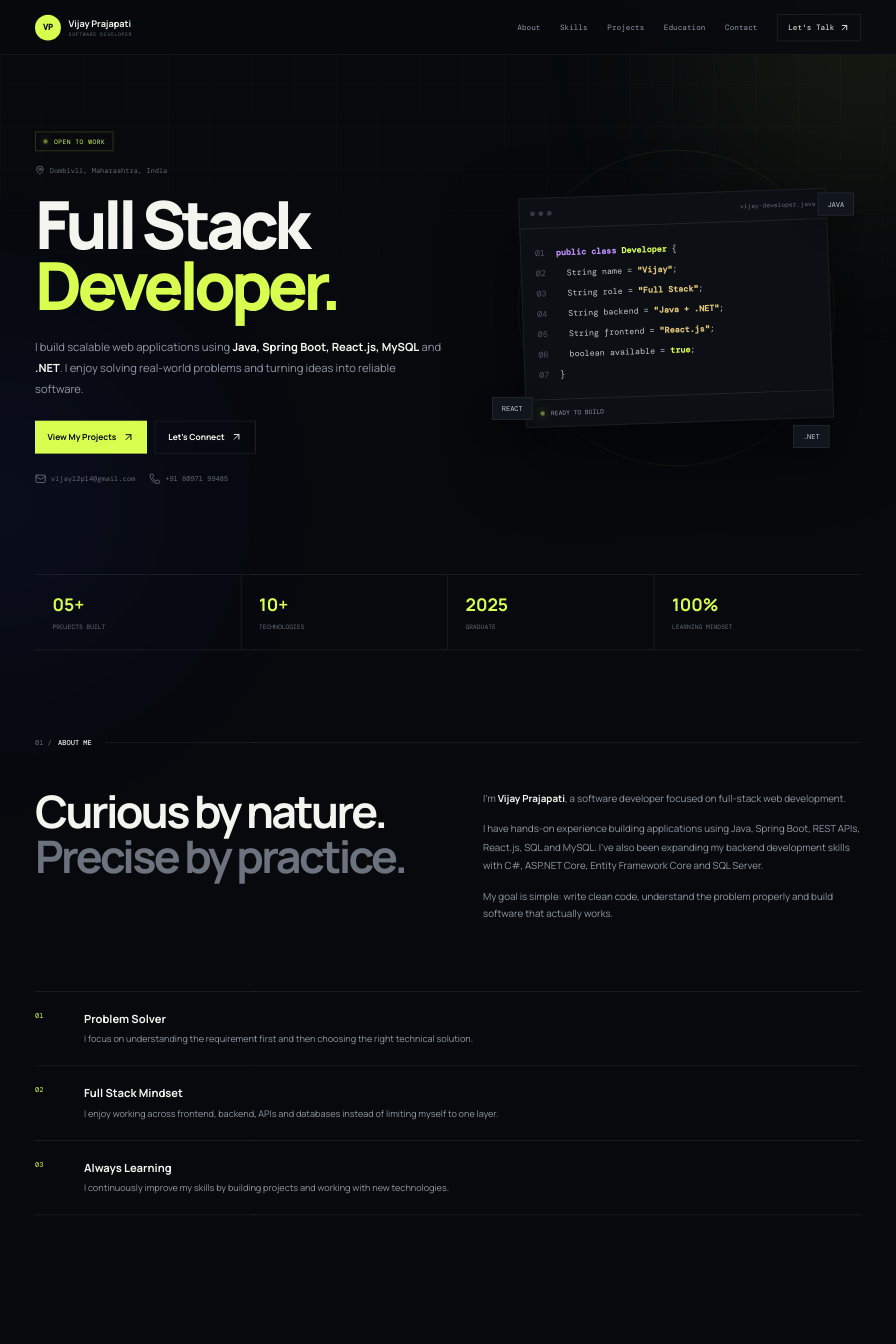
Repository: vijaymp1214/vijay-portfolio
Page: /
The author's editor kept a copy of each file at every save. The page is drawn from the files as they stood at one save, then again after the next save.
The browser window is 1280 px wide. The pictures show the part of the page from y = 0 to 1920 px (the page is 6544 px tall before and 6625 px after), at 70% of full size.
The project was rebuilt for these pictures with package versions that can differ from the ones it lists, and the page was loaded fresh each time.

Above is the page before, as saved 2026-08-12 01:22:58.

### index.html
<!doctype html>
<html lang="en">
  <head>
    <meta charset="UTF-8" />
    <meta name="viewport" content="width=device-width, initial-scale=1.0" />
    <meta name="description" content="Vijay Prajapati — Full Stack Developer portfolio." />
    <meta name="theme-color" content="#080a0f" />
    <title>Vijay Prajapati — Software Developer</title>
  </head>
  <body>
    <div id="root"></div>
    <script type="module" src="/src/main.jsx"></script>
  </body>
</html>

### src/main.jsx
import React from "react";
import ReactDOM from "react-dom/client";
import App from "./App.jsx";
import "./App.css";

ReactDOM.createRoot(document.getElementById("root")).render(
  <React.StrictMode>
    <App />
  </React.StrictMode>
);

### src/App.css
@import url("https://fonts.googleapis.com/css2?family=DM+Mono:wght@400;500&family=Manrope:wght@400;500;600;700;800&display=swap");

:root {
  --bg: #07090d;
  --bg2: #0d1016;
  --card: #10141b;
  --text: #f4f5ef;
  --muted: #9298a4;
  --muted2: #646b76;
  --line: rgba(255, 255, 255, 0.1);
  --green: #d8ff4f;
  --green-dark: #9fbd39;
  --max: 1180px;
}

* {
  margin: 0;
  padding: 0;
  box-sizing: border-box;
}

html {
  scroll-behavior: smooth;
}

body {
  background: var(--bg);
  color: var(--text);
  font-family: "Manrope", sans-serif;
  overflow-x: hidden;
}

a {
  color: inherit;
  text-decoration: none;
}

button,
input,
textarea {
  font-family: inherit;
}

.section-container {
  width: min(1180px, calc(100% - 40px));
  margin: auto;
}

/* BACKGROUND */

.background-grid {
  position: fixed;
  inset: 0;
  z-index: -5;
  pointer-events: none;
  background-image:
    linear-gradient(rgba(255,255,255,0.025) 1px, transparent 1px),
    linear-gradient(90deg, rgba(255,255,255,0.025) 1px, transparent 1px);
  background-size: 60px 60px;
  mask-image: linear-gradient(to bottom, black, transparent 90%);
}

.glow {
  position: fixed;
  width: 500px;
  height: 500px;
  border-radius: 50%;
  pointer-events: none;
  filter: blur(140px);
  opacity: 0.07;
  z-index: -4;
}

.glow-one {
  background: var(--green);
  top: -200px;
  right: -200px;
}

.glow-two {
  background: #425cff;
  bottom: -250px;
  left: -250px;
}

/* NAVBAR */

.navbar {
  position: fixed;
  top: 0;
  width: 100%;
  z-index: 100;
  border-bottom: 1px solid var(--line);
  background: rgba(7, 9, 13, 0.78);
  backdrop-filter: blur(18px);
}

.nav-container {
  width: min(1180px, calc(100% - 40px));
  height: 78px;
  margin: auto;
  display: flex;
  align-items: center;
  justify-content: space-between;
}

.logo {
  display: flex;
  align-items: center;
  gap: 11px;
}

.logo > span {
  width: 37px;
  height: 37px;
  display: grid;
  place-items: center;
  border-radius: 50%;
  background: var(--green);
  color: #080a0d;
  font-family: "DM Mono";
  font-weight: 600;
  font-size: 12px;
}

.logo strong {
  display: block;
  font-size: 13px;
}

.logo small {
  display: block;
  margin-top: 2px;
  color: var(--muted2);
  font-family: "DM Mono";
  font-size: 7px;
  letter-spacing: 0.12em;
}

.nav-links {
  display: flex;
  align-items: center;
  gap: 28px;
  font-family: "DM Mono";
  font-size: 11px;
  color: var(--muted);
}

.nav-links a {
  transition: 0.25s;
}

.nav-links a:hover {
  color: var(--green);
}

.nav-button {
  padding: 11px 15px;
  border: 1px solid var(--line);
  display: flex;
  gap: 7px;
  align-items: center;
  color: var(--text) !important;
}

.nav-button:hover {
  border-color: var(--green);
}

.mobile-menu {
  display: none;
  background: transparent;
  border: 0;
  color: white;
}

/* HERO */

.hero {
  min-height: 820px;
  padding-top: 150px;
  padding-bottom: 90px;
  display: grid;
  grid-template-columns: 1.05fr 0.95fr;
  align-items: center;
  gap: 70px;
}

.availability {
  display: inline-flex;
  align-items: center;
  gap: 9px;
  padding: 7px 11px;
  border: 1px solid rgba(216, 255, 79, 0.25);
  color: var(--green);
  font-family: "DM Mono";
  font-size: 9px;
  letter-spacing: 0.08em;
}

.availability span,
.ready span {
  width: 6px;
  height: 6px;
  border-radius: 50%;
  background: var(--green);
  box-shadow: 0 0 12px var(--green);
  animation: blink 1.7s infinite;
}

@keyframes blink {
  50% {
    opacity: 0.3;
  }
}

.hero-location {
  margin-top: 20px;
  color: var(--muted2);
  display: flex;
  align-items: center;
  gap: 7px;
  font-family: "DM Mono";
  font-size: 10px;
}

.hero h1 {
  margin-top: 25px;
  font-size: clamp(60px, 7.4vw, 100px);
  line-height: 0.92;
  letter-spacing: -0.07em;
  font-weight: 800;
}

.hero h1 span {
  color: var(--green);
}

.hero-description {
  max-width: 650px;
  margin-top: 32px;
  color: var(--muted);
  line-height: 1.85;
  font-size: 16px;
}

.hero-description strong {
  color: var(--text);
}

.hero-buttons {
  display: flex;
  gap: 11px;
  margin-top: 30px;
  flex-wrap: wrap;
}

.primary-button,
.secondary-button {
  padding: 14px 18px;
  display: inline-flex;
  align-items: center;
  gap: 9px;
  font-size: 12px;
  font-weight: 700;
  transition: 0.25s;
}

.primary-button {
  color: #080a0d;
  background: var(--green);
}

.primary-button:hover {
  transform: translateY(-3px);
  box-shadow: 0 10px 35px rgba(216, 255, 79, 0.15);
}

.secondary-button {
  border: 1px solid var(--line);
}

.secondary-button:hover {
  border-color: white;
  transform: translateY(-3px);
}

.hero-contact {
  margin-top: 28px;
  display: flex;
  flex-wrap: wrap;
  gap: 20px;
}

.hero-contact a {
  display: flex;
  gap: 7px;
  align-items: center;
  color: var(--muted2);
  font-family: "DM Mono";
  font-size: 10px;
}

.hero-contact a:hover {
  color: var(--green);
}

/* CODE CARD */

.hero-right {
  position: relative;
  min-height: 470px;
  display: grid;
  place-items: center;
}

.hero-right::before,
.hero-right::after {
  content: "";
  position: absolute;
  border: 1px solid rgba(216, 255, 79, 0.1);
  border-radius: 50%;
}

.hero-right::before {
  width: 450px;
  height: 450px;
}

.hero-right::after {
  width: 320px;
  height: 320px;
}

.developer-card {
  width: min(100%, 440px);
  position: relative;
  z-index: 3;
  background: #0c0f14;
  border: 1px solid var(--line);
  box-shadow: 0 40px 100px rgba(0, 0, 0, 0.55);
  transform: rotate(-2deg);
}

.card-top {
  height: 43px;
  padding: 0 15px;
  display: flex;
  align-items: center;
  gap: 10px;
  border-bottom: 1px solid var(--line);
  font-family: "DM Mono";
  font-size: 9px;
  color: var(--muted2);
}

.dots {
  display: flex;
  gap: 5px;
}

.dots i {
  width: 7px;
  height: 7px;
  border-radius: 50%;
  background: #343944;
}

.card-top span {
  margin-left: auto;
}

.code-content {
  padding: 27px 20px;
  display: flex;
  flex-direction: column;
  gap: 13px;
  font: 12px "DM Mono";
  color: #c6cad2;
}

.code-content > div {
  display: grid;
  grid-template-columns: 30px 1fr;
}

.line {
  color: #4e5561;
}

.purple {
  color: #c291ff;
}

.green {
  color: var(--green);
}

.yellow {
  color: #e4c879;
}

.ready {
  padding: 13px 20px;
  border-top: 1px solid var(--line);
  display: flex;
  align-items: center;
  gap: 9px;
  color: var(--muted);
  font: 9px "DM Mono";
}

.floating-tech {
  position: absolute;
  z-index: 5;
  padding: 9px 13px;
  border: 1px solid var(--line);
  background: #11151c;
  color: #c6cad1;
  font: 10px "DM Mono";
  box-shadow: 0 15px 35px rgba(0, 0, 0, 0.3);
}

.java {
  top: 70px;
  right: 10px;
}

.react {
  bottom: 75px;
  left: 0;
}

.dotnet {
  bottom: 35px;
  right: 45px;
}

/* STATS */

.stats {
  display: grid;
  grid-template-columns: repeat(4, 1fr);
  border-top: 1px solid var(--line);
  border-bottom: 1px solid var(--line);
}

.stats div {
  padding: 25px;
  border-right: 1px solid var(--line);
}

.stats div:last-child {
  border-right: 0;
}

.stats strong {
  display: block;
  color: var(--green);
  font-size: 25px;
}

.stats span {
  color: var(--muted2);
  font: 9px "DM Mono";
  text-transform: uppercase;
}

/* SECTIONS */

.section {
  padding-top: 125px;
  padding-bottom: 125px;
}

.section-title {
  display: flex;
  align-items: center;
  gap: 9px;
  margin-bottom: 60px;
  color: var(--muted2);
  font: 10px "DM Mono";
  text-transform: uppercase;
}

.section-title strong {
  color: var(--text);
  font-weight: 500;
}

.section-title i {
  height: 1px;
  flex: 1;
  margin-left: 10px;
  background: var(--line);
}

/* ABOUT */

.about-grid {
  display: grid;
  grid-template-columns: 1fr 1fr;
  gap: 100px;
}

.about-grid h2,
.project-heading h2,
.education-heading h2,
.contact-left h2 {
  font-size: clamp(42px, 5vw, 67px);
  line-height: 1;
  letter-spacing: -0.06em;
}

.about-grid h2 span,
.project-heading h2 span,
.education-heading h2 span {
  color: #6d737e;
}

.about-text {
  color: var(--muted);
  line-height: 1.85;
  font-size: 14px;
}

.about-text p {
  margin-bottom: 18px;
}

.about-text strong {
  color: var(--text);
}

.principles {
  margin-top: 80px;
  border-top: 1px solid var(--line);
}

.principle {
  display: grid;
  grid-template-columns: 70px 1fr;
  padding: 27px 0;
  border-bottom: 1px solid var(--line);
}

.principle > span {
  color: var(--green);
  font: 10px "DM Mono";
}

.principle h3 {
  margin-bottom: 7px;
  font-size: 16px;
}

.principle p {
  max-width: 650px;
  color: var(--muted);
  font-size: 13px;
  line-height: 1.7;
}

/* SKILLS */

.section-heading {
  font-size: clamp(42px, 5vw, 67px);
  line-height: 1;
  letter-spacing: -0.06em;
  margin-bottom: 50px;
}

.section-heading span {
  color: var(--green);
}

.skills-grid {
  display: grid;
  grid-template-columns: repeat(3, 1fr);
  gap: 12px;
}

.skill-card {
  min-height: 230px;
  padding: 27px;
  background: linear-gradient(145deg, #11151d, #0b0e13);
  border: 1px solid var(--line);
  transition: 0.3s;
}

.skill-card:hover {
  transform: translateY(-5px);
  border-color: rgba(216, 255, 79, 0.35);
}

.skill-icon {
  color: var(--green);
  margin-bottom: 35px;
}

.skill-card h3 {
  margin-bottom: 17px;
  font-size: 16px;
}

.skill-list {
  display: flex;
  flex-wrap: wrap;
  gap: 7px;
}

.skill-list span,
.project-tech span {
  padding: 7px 9px;
  border: 1px solid var(--line);
  color: #aeb3bc;
  font: 9px "DM Mono";
}

/* PROJECTS */

.project-heading {
  display: flex;
  align-items: end;
  justify-content: space-between;
  gap: 40px;
  margin-bottom: 55px;
}

.project-heading p {
  max-width: 450px;
  color: var(--muted);
  font-size: 13px;
  line-height: 1.8;
}

.projects-grid {
  display: grid;
  grid-template-columns: repeat(2, 1fr);
  gap: 12px;
}

.project-card {
  position: relative;
  min-height: 365px;
  padding: 29px;
  background: linear-gradient(145deg, #11151c, #0b0e13);
  border: 1px solid var(--line);
  transition: 0.3s;
}

.project-card:hover {
  transform: translateY(-5px);
  border-color: rgba(216, 255, 79, 0.4);
}

.project-card:last-child {
  grid-column: span 2;
}

.project-number {
  color: var(--green);
  font: 12px "DM Mono";
}

.project-category {
  margin-top: 15px;
  color: var(--muted2);
  font: 9px "DM Mono";
}

.project-card h3 {
  margin-top: 40px;
  font-size: 26px;
  letter-spacing: -0.04em;
}

.project-card p {
  max-width: 650px;
  min-height: 70px;
  margin-top: 12px;
  color: var(--muted);
  font-size: 13px;
  line-height: 1.75;
}

.project-tech {
  display: flex;
  flex-wrap: wrap;
  gap: 7px;
  margin-top: 20px;
}

.project-link {
  position: absolute;
  right: 29px;
  bottom: 29px;
  display: flex;
  align-items: center;
  gap: 7px;
  color: var(--green);
  font: 10px "DM Mono";
}

/* EDUCATION */

.education-heading {
  margin-bottom: 55px;
}

.timeline {
  border-top: 1px solid var(--line);
}

.education-row {
  display: grid;
  grid-template-columns: 60px 180px 1fr;
  gap: 20px;
  padding: 28px 0;
  border-bottom: 1px solid var(--line);
}

.education-number,
.education-year {
  color: var(--muted2);
  font: 10px "DM Mono";
}

.education-number {
  color: var(--green);
}

.education-row h3 {
  font-size: 19px;
}

.education-row p {
  margin-top: 6px;
  color: var(--muted);
  font-size: 12px;
}

.certificate {
  margin-top: 12px;
  padding: 27px;
  border: 1px solid var(--line);
  display: flex;
  align-items: center;
  justify-content: space-between;
}

.certificate small {
  color: var(--green);
  font: 9px "DM Mono";
}

.certificate h3 {
  margin-top: 8px;
}

.certificate p {
  margin-top: 5px;
  color: var(--muted);
  font-size: 12px;
}

.certificate svg {
  color: var(--green);
}

/* CONTACT */

.contact-section {
  padding: 120px 0;
  background: var(--green);
  color: #080a0d;
}

.light-title {
  color: #5b6c25;
}

.light-title strong {
  color: #080a0d;
}

.light-title i {
  background: rgba(8, 10, 13, 0.2);
}

.contact-grid {
  display: grid;
  grid-template-columns: 1fr 1fr;
  gap: 90px;
}

.contact-left h2 span {
  color: #080a0d;
}

.contact-left > p {
  max-width: 530px;
  margin-top: 28px;
  color: #40501a;
  font-size: 14px;
  line-height: 1.8;
}

.social-links {
  display: flex;
  flex-wrap: wrap;
  gap: 9px;
  margin-top: 30px;
}

.social-links a {
  display: flex;
  align-items: center;
  gap: 8px;
  padding: 10px 13px;
  border: 1px solid rgba(8, 10, 13, 0.2);
  font: 10px "DM Mono";
}

.social-links a:hover {
  background: #080a0d;
  color: var(--green);
}

.contact-form {
  padding: 32px;
  background: #080a0d;
  color: white;
  box-shadow: 0 30px 70px rgba(0, 0, 0, 0.2);
}

.contact-form label {
  display: block;
  margin-bottom: 18px;
  color: #777d87;
  font: 9px "DM Mono";
}

.contact-form input,
.contact-form textarea {
  width: 100%;
  display: block;
  margin-top: 8px;
  padding: 13px;
  border: 1px solid var(--line);
  outline: none;
  background: #10131a;
  color: white;
  font-size: 13px;
}

.contact-form textarea {
  resize: vertical;
}

.contact-form input:focus,
.contact-form textarea:focus {
  border-color: var(--green);
}

.send-button {
  width: 100%;
  padding: 14px;
  border: 0;
  background: var(--green);
  color: #080a0d;
  display: flex;
  align-items: center;
  justify-content: center;
  gap: 8px;
  font-weight: 700;
  cursor: pointer;
}

/* FOOTER */

footer {
  background: #07090d;
}

.footer-inner {
  min-height: 90px;
  display: flex;
  justify-content: space-between;
  align-items: center;
  color: var(--muted2);
  font: 9px "DM Mono";
}

.footer-inner strong {
  color: var(--green);
  font-size: 18px;
}

/* RESPONSIVE */

@media (max-width: 900px) {
  .hero {
    grid-template-columns: 1fr;
    gap: 60px;
  }

  .hero-right {
    min-height: 400px;
  }

  .about-grid,
  .contact-grid {
    grid-template-columns: 1fr;
    gap: 50px;
  }

  .skills-grid {
    grid-template-columns: repeat(2, 1fr);
  }

  .projects-grid {
    grid-template-columns: 1fr;
  }

  .project-card:last-child {
    grid-column: auto;
  }

  .project-heading {
    align-items: start;
    flex-direction: column;
  }
}

@media (max-width: 700px) {
  .nav-container {
    height: 70px;
  }

  .mobile-menu {
    display: block;
  }

  .nav-links {
    display: none;
    position: absolute;
    top: 70px;
    left: 15px;
    right: 15px;
    padding: 12px;
    flex-direction: column;
    align-items: stretch;
    gap: 0;
    background: #0c0f14;
    border: 1px solid var(--line);
  }

  .nav-links.active {
    display: flex;
  }

  .nav-links a {
    padding: 14px;
  }

  .nav-button {
    justify-content: center;
  }

  .hero {
    padding-top: 130px;
  }

  .stats {
    grid-template-columns: repeat(2, 1fr);
  }

  .stats div {
    border-bottom: 1px solid var(--line);
  }

  .skills-grid {
    grid-template-columns: 1fr;
  }

  .education-row {
    grid-template-columns: 45px 1fr;
  }

  .education-year {
    grid-column: 2;
  }

  .education-row > div {
    grid-column: 2;
  }

  .education-number {
    grid-row: 1 / span 2;
  }
}

@media (max-width: 500px) {
  .section-container {
    width: min(100% - 28px, 1180px);
  }

  .hero h1 {
    font-size: 56px;
  }

  .hero-description {
    font-size: 14px;
  }

  .hero-right {
    min-height: 350px;
  }

  .hero-right::before {
    width: 320px;
    height: 320px;
  }

  .hero-right::after {
    width: 230px;
    height: 230px;
  }

  .developer-card {
    width: 100%;
  }

  .floating-tech {
    display: none;
  }

  .section {
    padding-top: 85px;
    padding-bottom: 85px;
  }

  .about-grid h2,
  .project-heading h2,
  .education-heading h2,
  .contact-left h2 {
    font-size: 43px;
  }

  .project-card {
    min-height: 390px;
  }

  .project-card h3 {
    font-size: 23px;
  }

  .project-link {
    position: static;
    margin-top: 25px;
  }

  .contact-section {
    padding: 85px 0;
  }

  .contact-form {
    padding: 22px;
  }

  .footer-inner {
    padding: 25px 0;
    flex-wrap: wrap;
    gap: 15px;
  }
}

Loaded but not shown: src/App.jsx (656 lines, source omitted)

After the next save:
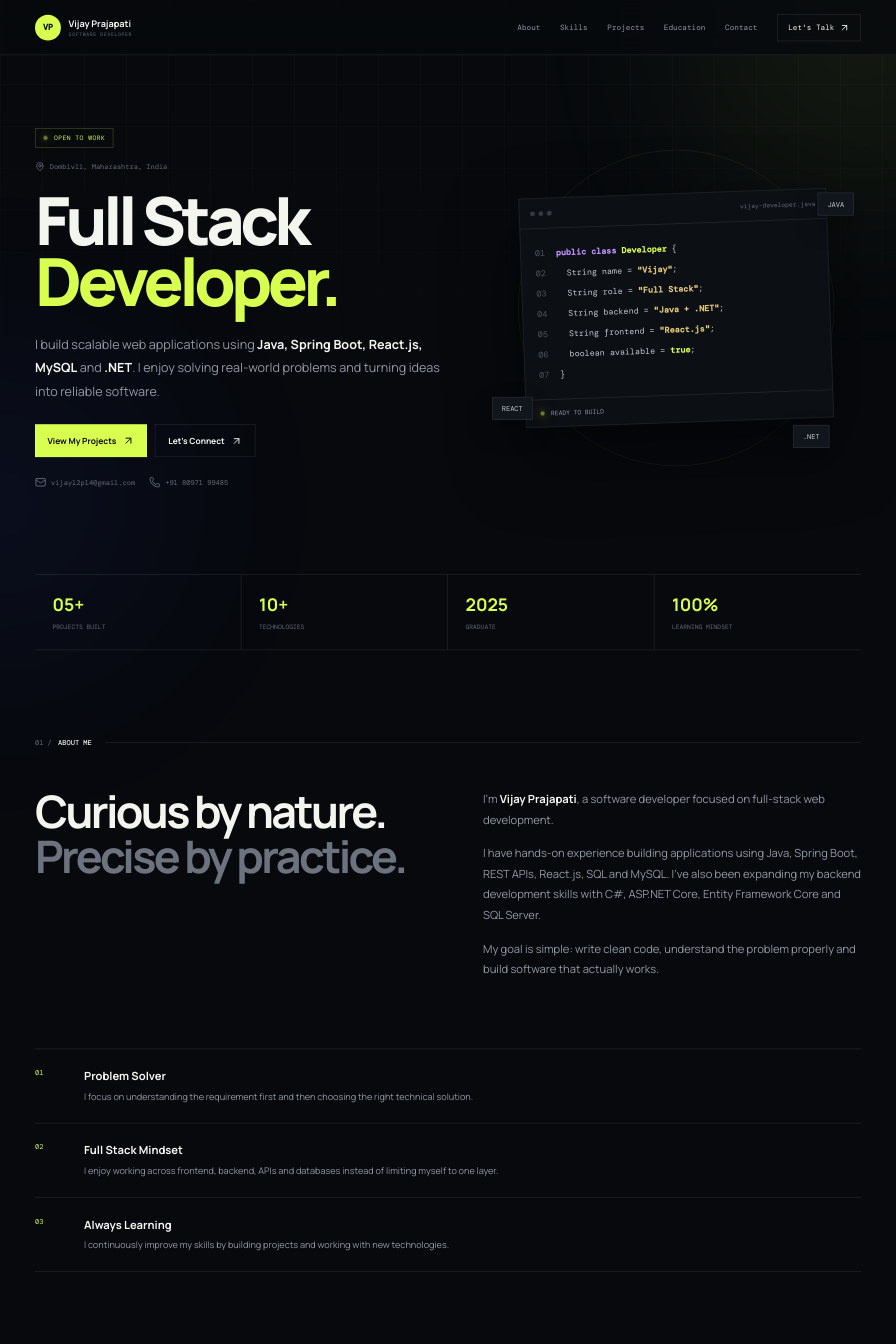
Saved 6 h 35 min later.
--- a/src/App.css
+++ b/src/App.css
@@ -241,7 +241,7 @@ textarea {
   margin-top: 32px;
   color: var(--muted);
   line-height: 1.85;
-  font-size: 16px;
+  font-size: 18px;
 }
 
 .hero-description strong {
@@ -521,7 +521,7 @@ textarea {
 .about-text {
   color: var(--muted);
   line-height: 1.85;
-  font-size: 14px;
+  font-size: 16px;
 }
 
 .about-text p {
